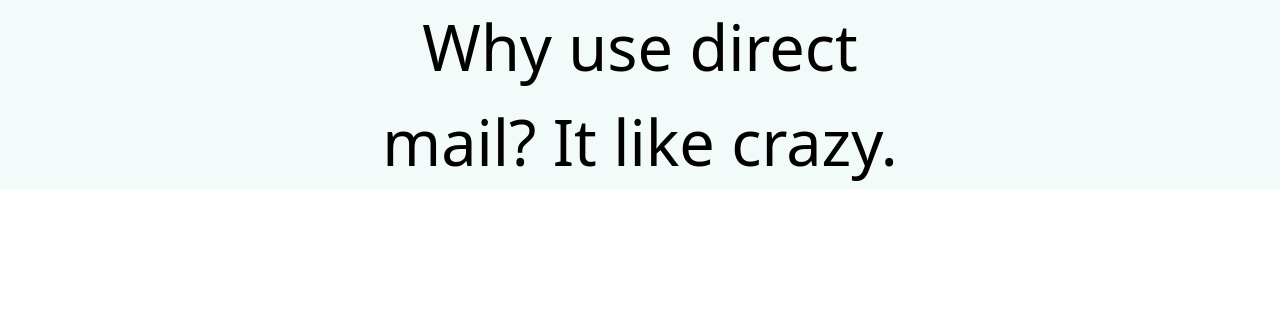
Repository: trusha97/postpilot
Page: mailsende.html
These files come from the project's save history. The page is drawn as it stood at one moment and after a run of saves; the edit follows.
The browser window is 1280 px wide. The pictures show the whole page.
Some web libraries are served in a nearby version.

Above is the page before, as saved 2025-05-21 11:32:24.

After the next 6 saves:
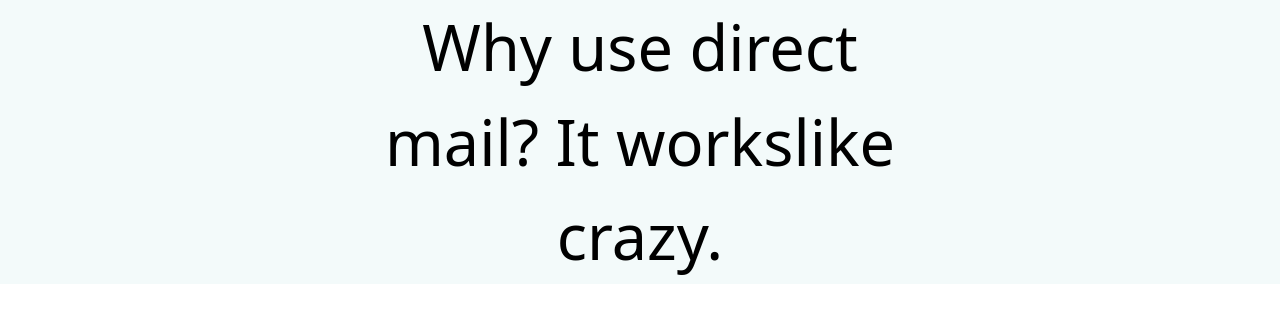
The 6 saves are shown as one change because they came seconds apart.
The last was saved 14 s later.
--- a/mailsende.html
+++ b/mailsende.html
@@ -13,7 +13,7 @@
     <div class="bg-[#F3FAFA]">
         <div>
             <p class="text-[63px] max-w-[585px] text-center mx-auto">Why use direct mail?
-                It <span></span>  like crazy.</p>
+                It <span>works</span>like crazy.</p>
         </div>
     </div>
 </body>
